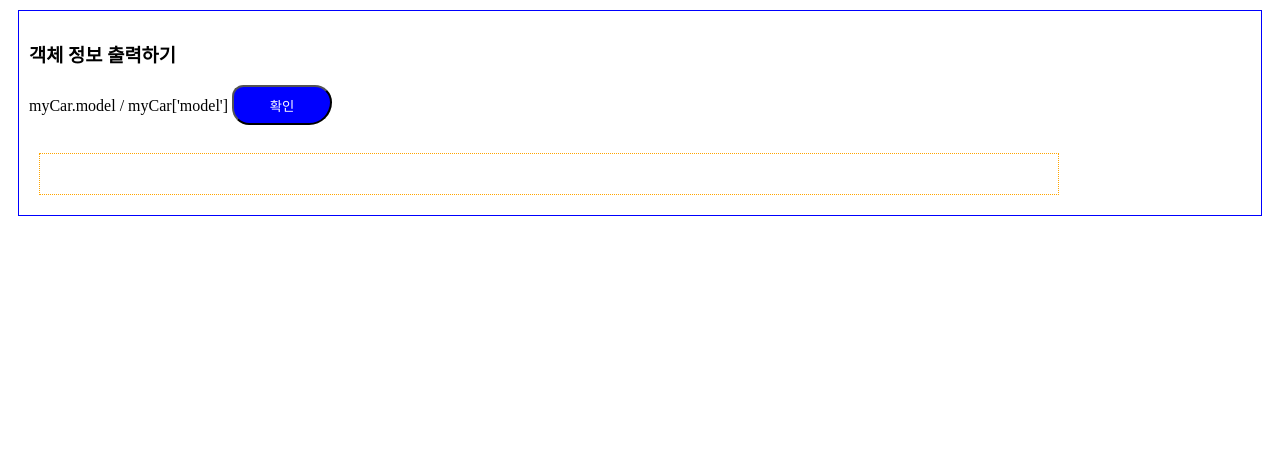
Repository: seonyeob94/BasicWeb
Page: webpro/src/main/webapp/0318/리터럴객체_myCar.html
An editor plug-in stored every save of this project. The page is shown before and after the next save, followed by the edit.
The browser window is 1280 px wide. The pictures show the whole page.

Above is the page before, as saved 2025-03-18 03:29:15.

After the next save:
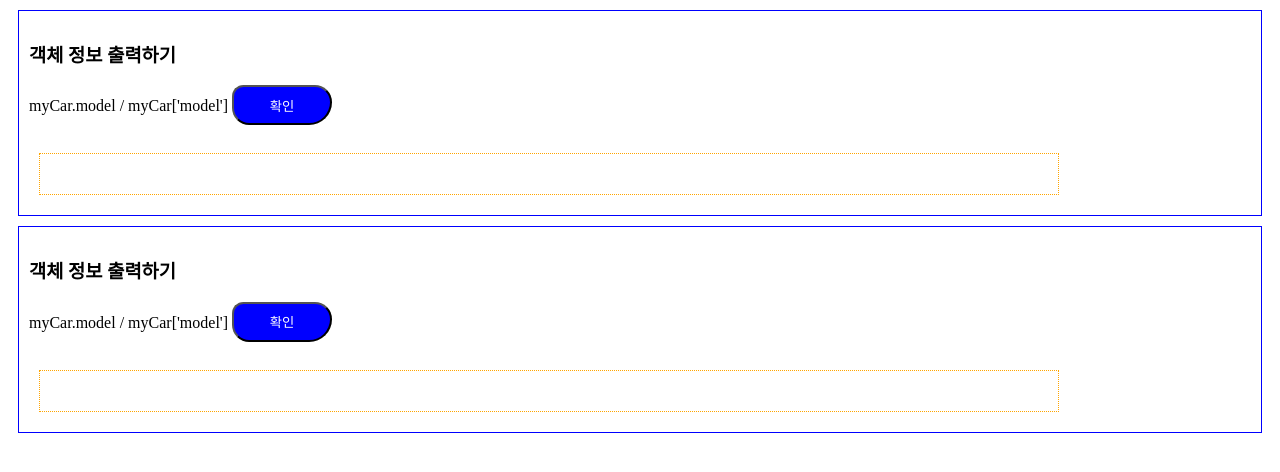
Saved 13 s later.
--- a/webpro/src/main/webapp/0318/리터럴객체_myCar.html
+++ b/webpro/src/main/webapp/0318/리터럴객체_myCar.html
@@ -50,5 +50,14 @@ const proc1 = () => {
   <div id="result1"></div>
 </div>
 
+
+<div class="box">
+  <h3>객체 정보 출력하기</h3>
+  myCar.model / myCar['model']
+  <input type="button" value="확인" onclick="proc2()">
+  <br><br>
+  <div id="result2"></div>
+</div>
+
 </body>
 </html>
